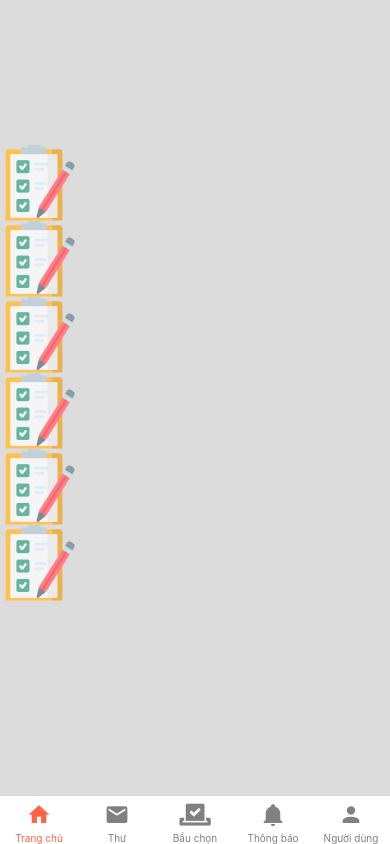
Repository: diepdung02/AppPTC
Page: /Home
These files come from the project's save history. The page is drawn as it stood at one moment and after the next save; the edit follows.
The browser window is 390 px wide. The pictures show the whole page.
The page's requests for data from a server got no answer. The app was drawn by React Native's web renderer in a window 390 px wide. The project was rebuilt for these pictures with package versions that can differ from the ones it lists, and the page was loaded fresh each time. No one was signed in, and anything a server would have sent is missing. Also part of the build but not shown: screen/home/MailScreen.tsx, screen/home/NotificationScreen.tsx, screen/home/UserScreen.tsx, screen/home/VoteScreen.tsx. Imported but missing from the stored project, and not drawn on this page: assets.

Above is the page before, as saved 2024-06-30 15:14:03.

After the next save:
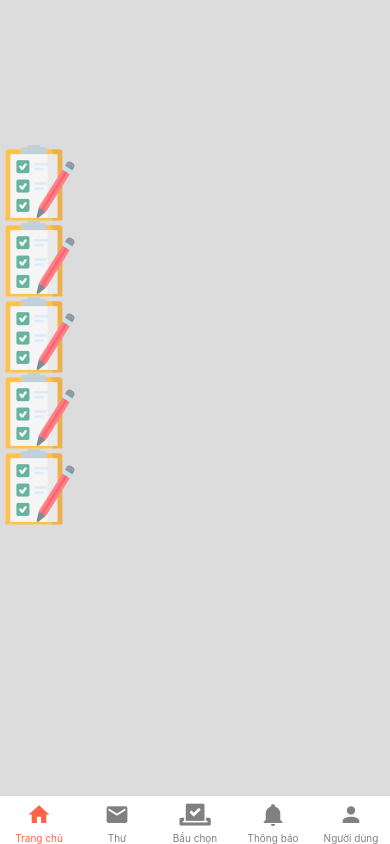
Saved 37 s later.
--- a/screen/home/HomeScreen.tsx
+++ b/screen/home/HomeScreen.tsx
@@ -31,7 +31,7 @@ const HomeScreen: React.FC = () => {
       </View>
       <View>
         <Image source={require('../../assets/check .png')}/>
-        <Image source={require('../../assets/check .png')}/>
+        <Image source={require('../../assets/')}/>
         <Image source={require('../../assets/check .png')}/>
         <Image source={require('../../assets/check .png')}/>
         <Image source={require('../../assets/check .png')}/>
